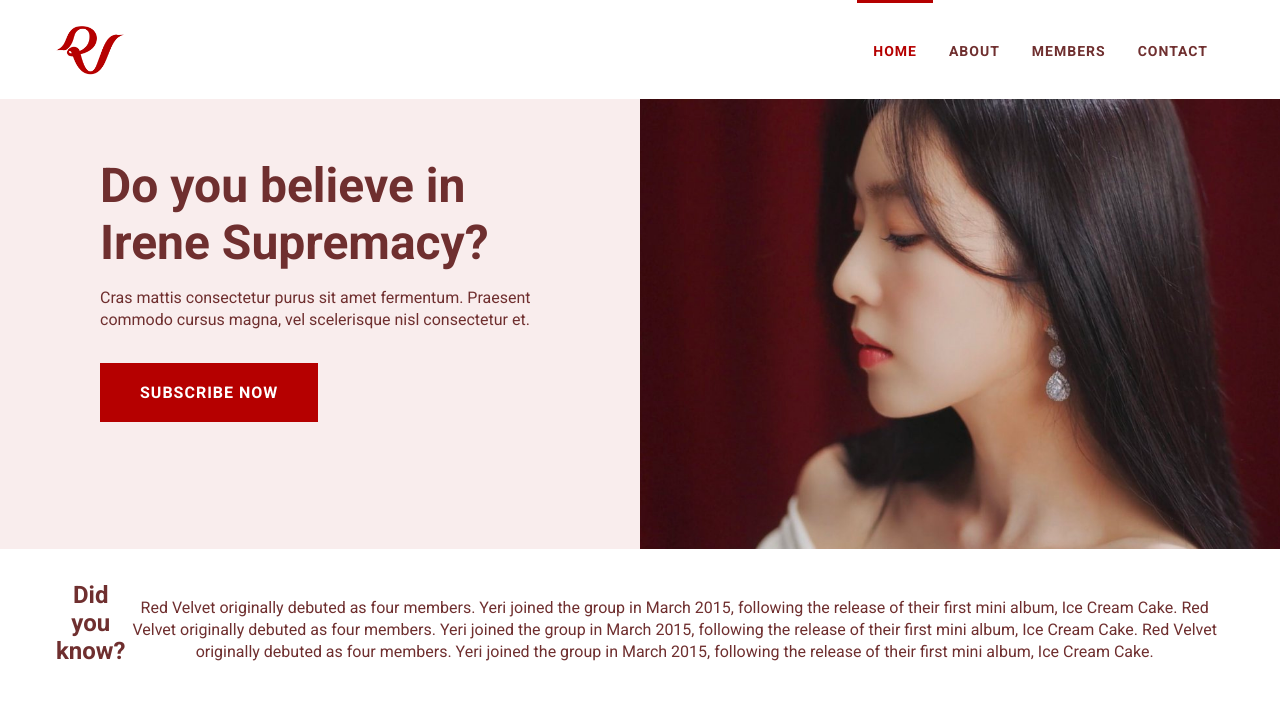
Repository: stillnotdavid/eternity-university
Page: app/index.html
These files come from the project's save history. The page is drawn as it stood at one moment and after the next save; the edit follows.
The browser window is 1280 px wide. The pictures show the whole page.
The style sheet was rebuilt from its Sass, Less or Tailwind sources for each picture, by a compiler version that may differ from the author's.

Above is the page before, as saved 2021-12-03 23:48:40.

### app/index.html
<!doctype html>
<html class="no-js" lang="">

<head>
  <meta charset="utf-8">
  <meta name="description" content="">

  <meta name="viewport" content="width=device-width, initial-scale=1, shrink-to-fit=no">
  <title>Red Velvet Fansite</title>
  <link rel="apple-touch-icon" href="apple-touch-icon.png">
  <!-- Place favicon.ico in the root directory -->
  <!-- build:css styles/vendor.css -->
  <!-- endbuild -->
  <!-- build:css styles/main.css -->
  <link rel="stylesheet" href="styles/main.css">
  <!-- endbuild -->
  <!-- build:js scripts/modernizr.js -->
  <script src="scripts/modernizr.js"></script>
  <!-- endbuild -->
</head>

<body>
  <!--[if IE]>
      <p class="browserupgrade">You are using an <strong>outdated</strong> browser. Please <a href="http://browsehappy.com/">upgrade your browser</a> to improve your experience.</p>
    <![endif]-->
  <header class="header">
    <div class="container header__container">
      <a class="header__logo" href="#"><img class="header__logo-image" src="images/logo.png"
          alt="Red Velvet Logo" /></a>
      <nav class="header__nav">
        <ul class="header__nav-links">
          <li class="header__nav-item">
            <a class="header__nav-link header__nav-link--active" href="">Home</a>
          </li>
          <li class="header__nav-item">
            <a class="header__nav-link" href="">About</a>
          </li>
          <li class="header__nav-item">
            <a class="header__nav-link" href="">Members</a>
          </li>
          <li class="header__nav-item">
            <a class="header__nav-link" href="">Contact</a>
          </li>
        </ul>
      </nav>
    </div>
  </header>
  <section class="hero">
    <div class="hero__cta">
      <h1>Do you believe in Irene Supremacy?</h1>
      <p>Cras mattis consectetur purus sit amet fermentum. Praesent commodo cursus magna, vel scelerisque nisl
        consectetur et.</p>
      <a class="button-primary" href="">Subscribe Now</a>
    </div>
    <div class="hero__image">
    </div>
  </section>
  <section class="trivia">
    <div class="container">
      <div class="trivia__title">Did you know?</div>
      <p>Red Velvet originally debuted as four members. Yeri joined the group in March 2015, following the release of
        their first mini album, Ice Cream Cake. Red Velvet originally debuted as four members. Yeri joined the group in
        March 2015, following the release of
        their first mini album, Ice Cream Cake. Red Velvet originally debuted as four members. Yeri joined the group in
        March 2015, following the release of
        their first mini album, Ice Cream Cake.</p>
    </div>
  </section>

  <!-- build:js scripts/vendor.js -->
  <!-- endbuild -->
  <!-- build:js scripts/main.js -->
  <script src="scripts/main.js"></script>
  <!-- endbuild -->
</body>

</html>

### app/styles/main.scss
@import 'partials/colors';
@import 'partials/spacing';
@import 'partials/typography';

@import 'components/button';
@import 'components/header';
@import 'components/hero';
@import 'components/trivia';


* {
  box-sizing: border-box;
}

html,
body {
  padding: 0;
  margin: 0;
}

.container {
  display: flex;
  width: 1200px;
  max-width: 1200px;
  margin: 0 auto;
  padding: 0 $spacing-large;
}

### app/styles/partials/_colors.scss
$color-primary: #B50000;
$color-secondary: #6F2F2F;

$background-primary: #F9EDED;

### app/styles/partials/_spacing.scss
$spacing-xsmall: 2px;
$spacing-small: 4px;
$spacing-medium: 8px;
$spacing-large: 16px;
$spacing-xlarge: 32px;

### app/styles/partials/_typography.scss
@import url('https://fonts.googleapis.com/css2?family=Roboto:wght@400;500;700&display=swap');


body,
html {
  font-family: 'Roboto', sans-serif;
}


$font-small: 14px;
$font-medium: 16px;
$font-large: 18px;
$font-xlarge: 24px;
$font-xxxlarge: 48px;

$font-regular: 400;
$font-medium: 500;
$font-bold: 700;


h1 {
  font-size: $font-xxxlarge;
  font-weight: $font-bold;
  color: $color-secondary;
  margin: $spacing-medium 0;
}

p {
  font-size: $font-medium;
  color: $color-secondary;
  line-height: 22px;
}

### app/styles/components/_button.scss
.button-primary {
  display: inline-block;
  background-color: $color-primary;
  padding: 20px 40px;
  text-decoration: none;
  color: white;
  font-size: $font-medium;
  font-weight: $font-bold;
  text-transform: uppercase;
  letter-spacing: 1px;
  margin: $spacing-large 0;
}

### app/styles/components/_header.scss
$_logo-height: 50px;


.header {

  &__container {
    justify-content: space-between;
  }

  &__logo {
    display: flex;
    align-items: center;

    &-image {
      height: $_logo-height;
    }
  }

  &__nav {

    &-links {
      display: flex;
      list-style-type: none;
      padding: 0;
      margin: 0;
    }

    &-item {
      display: flex;
    }

    &-link {
      padding: 40px $spacing-large;
      text-decoration: none;
      color: $color-secondary;
      text-transform: uppercase;
      font-size: $font-small;
      font-weight: $font-bold;
      letter-spacing: 1px;
      border-top: 3px solid transparent;

      &:hover,
      &--active {
        color: $color-primary;
        border-top: 3px solid $color-primary;
      }
    }
  }
}

### app/styles/components/_hero.scss
$_hero-height: 450px;

.hero {
  height: $_hero-height;
  background: $background-primary;
  display: flex;

  &__container {
    align-items: center;
  }

  &__cta {
    flex: 0 0 50%;
    padding: 50px 100px;
  }

  &__image {
    flex: 0 0 50%;
    height: 100%;
    background-image: url('../../images/hero.jpeg');
    background-size: cover;
    background-position: center center;
  }
}

### app/styles/components/_trivia.scss
.trivia {
  text-align: center;
  padding: $spacing-xlarge;

  &__container {
    flex-direction: column;
  }

  &__title {
    font-size: $font-xlarge;
    font-weight: $font-bold;
    color: $color-secondary;
  }
}

Loaded but not shown: app/scripts/main.js (common file)

After the next save:
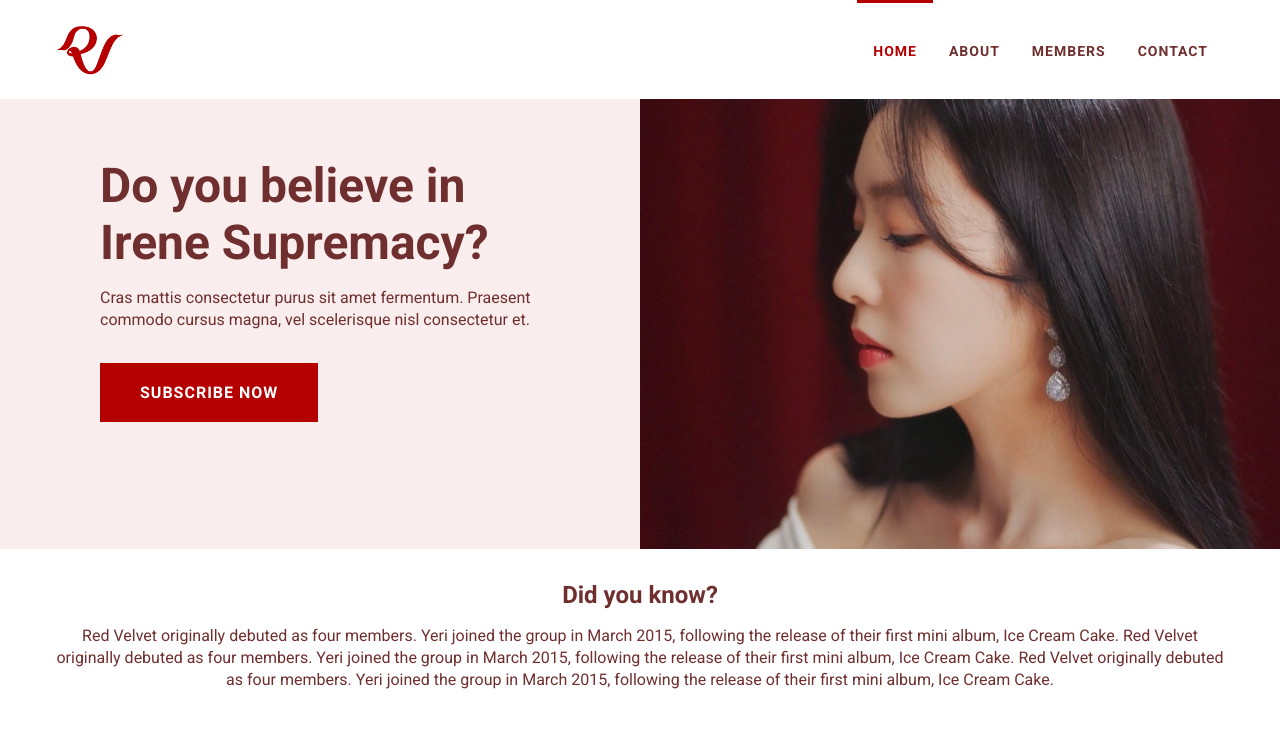
Saved 9 s later.
--- a/app/index.html
+++ b/app/index.html
@@ -56,7 +56,7 @@
     </div>
   </section>
   <section class="trivia">
-    <div class="container">
+    <div class="container trivia__container">
       <div class="trivia__title">Did you know?</div>
       <p>Red Velvet originally debuted as four members. Yeri joined the group in March 2015, following the release of
         their first mini album, Ice Cream Cake. Red Velvet originally debuted as four members. Yeri joined the group in
